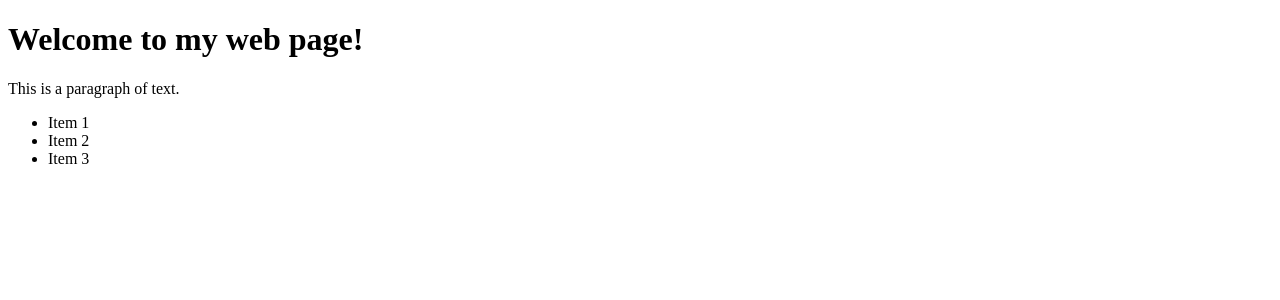
Repository: gadiazsaavedra/Unidad_2
Page: prueba_pagina_web.html
An editor plug-in stored every save of this project. The page is shown before and after the next save, followed by the edit.
The browser window is 1280 px wide. The pictures show the whole page.

Above is the page before, as saved 2023-08-07 11:10:23.

After the next save:
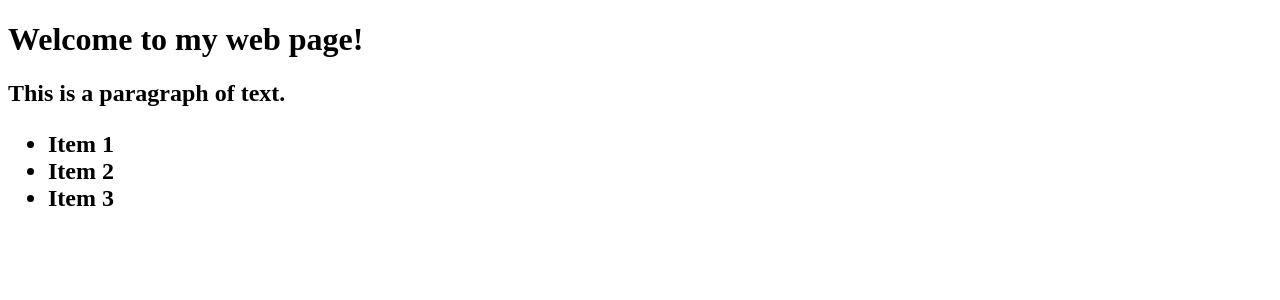
Saved 5 s later.
--- a/prueba_pagina_web.html
+++ b/prueba_pagina_web.html
@@ -5,7 +5,7 @@
 </head>
 <body>
     <h1>Welcome to my web page!</h1>
-
+    <h2
     <p>This is a paragraph of text.</p>
     <ul>
         <li>Item 1</li>

After the save that followed:
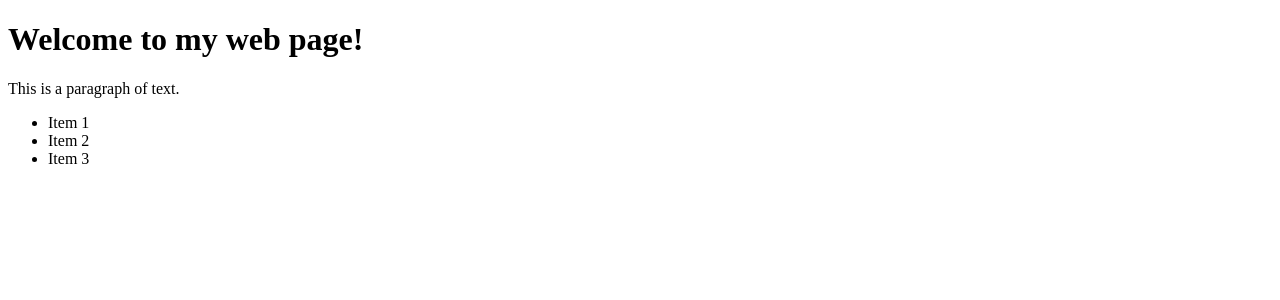
Saved 8 s later.
--- a/prueba_pagina_web.html
+++ b/prueba_pagina_web.html
@@ -5,7 +5,7 @@
 </head>
 <body>
     <h1>Welcome to my web page!</h1>
-    <h2
+    <h2></h2>
     <p>This is a paragraph of text.</p>
     <ul>
         <li>Item 1</li>
